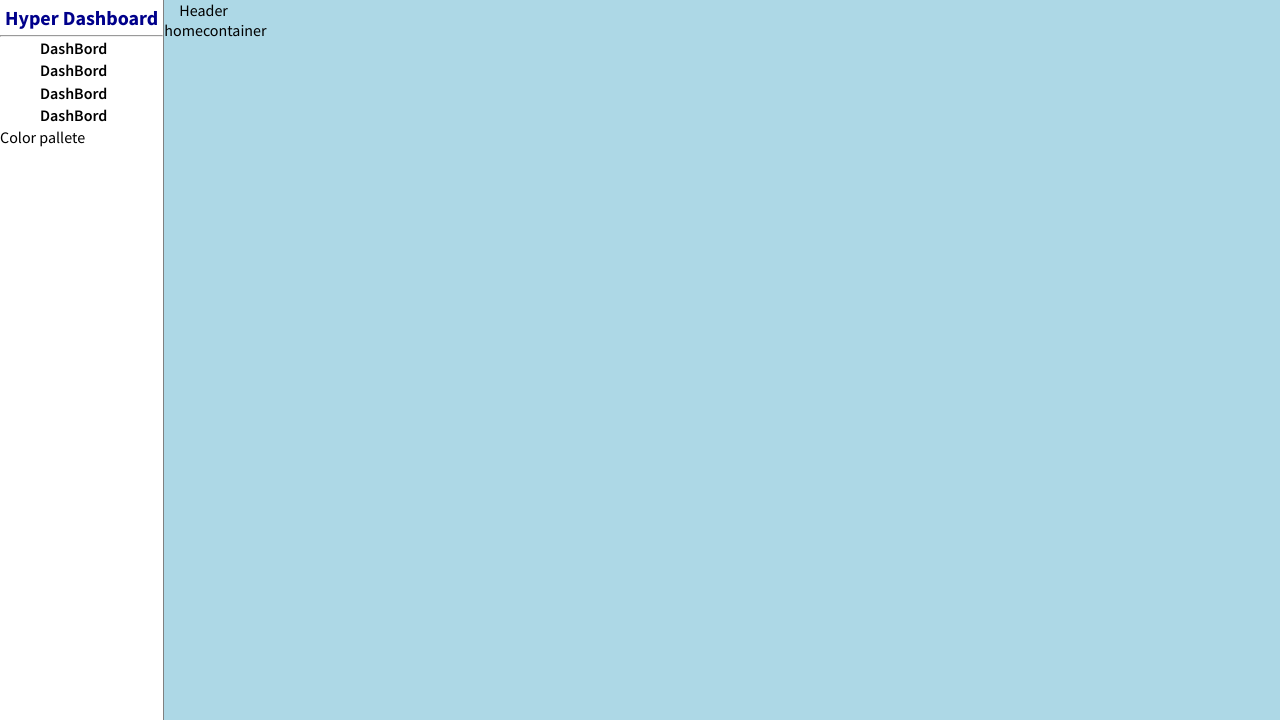
Repository: kenyi-mic/DashBoard
Page: /
An editor plug-in stored every save of this project. The page is shown before and after the next save, followed by the edit.
The browser window is 1280 px wide. The pictures show the whole page.
The project was rebuilt for these pictures with package versions that can differ from the ones it lists, and the page was loaded fresh each time.

Above is the page before, as saved 2022-05-16 21:07:00.

After the next save:
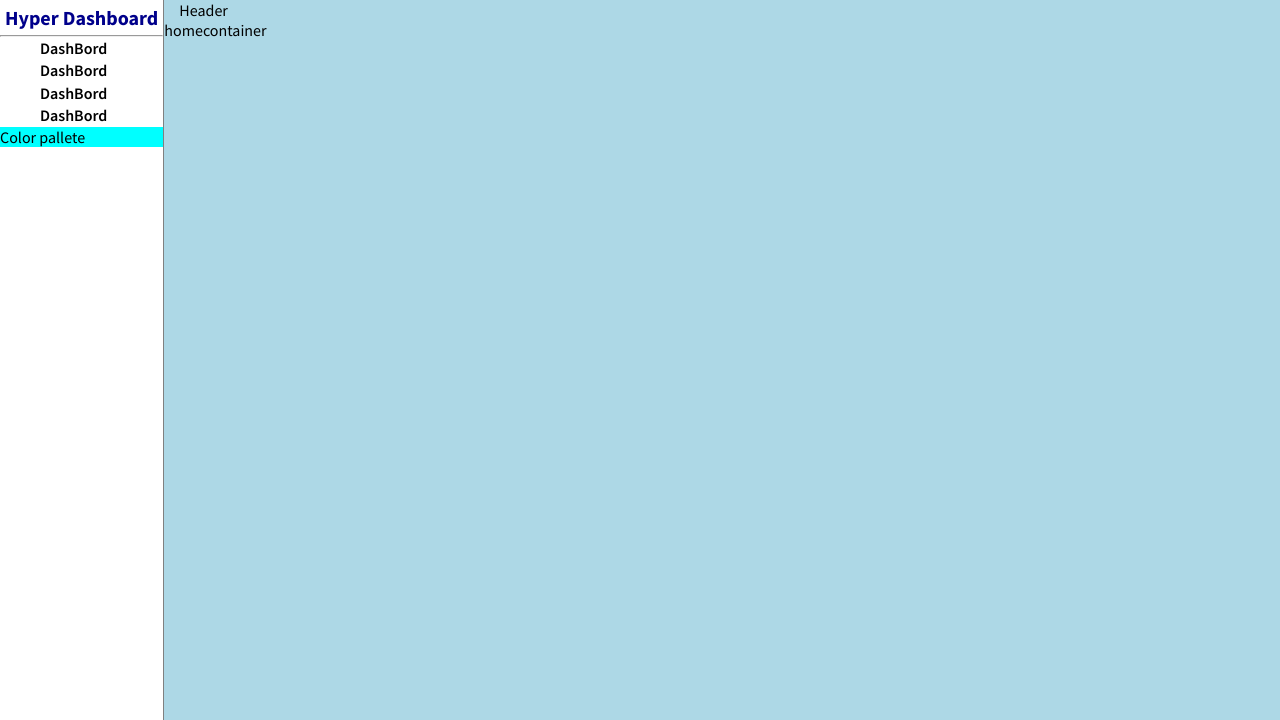
Saved 26 s later.
--- a/src/components/sidebar/sidebar.scss
+++ b/src/components/sidebar/sidebar.scss
@@ -33,7 +33,7 @@
 
     }
 
-    .botton{
+    .bottom{
         background-color:aqua;
     }
 }

After the save that followed:
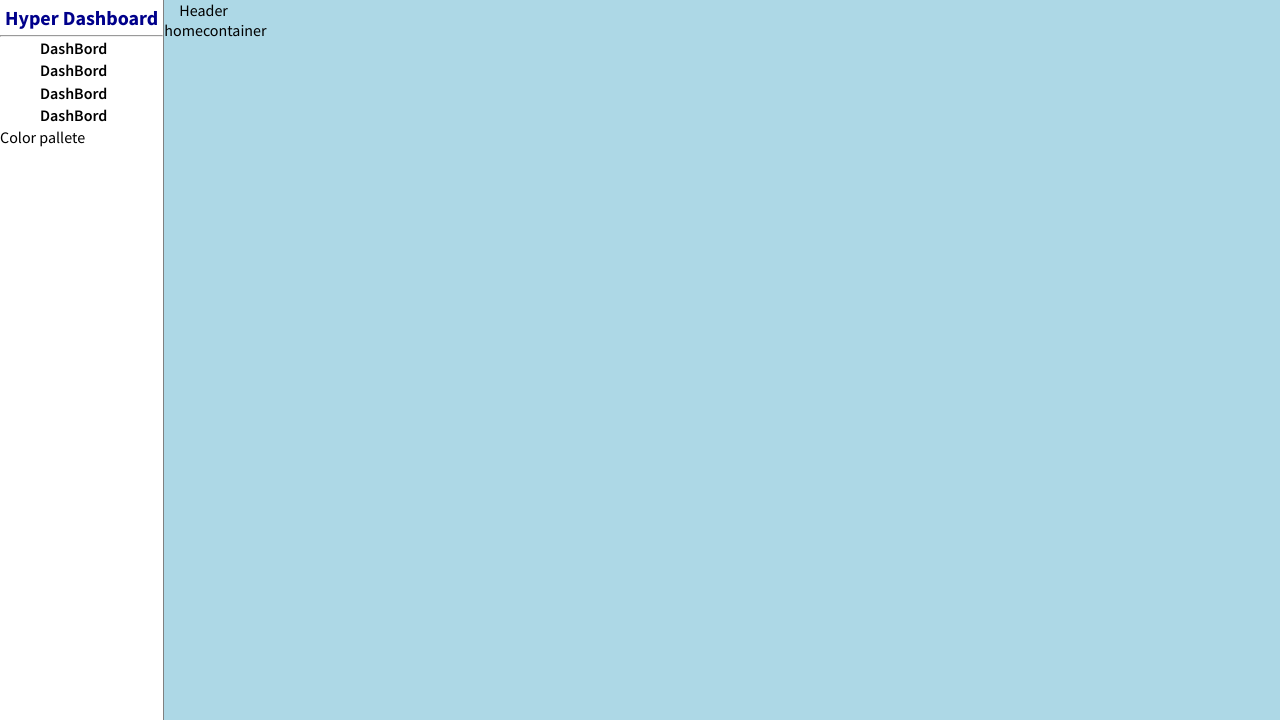
Saved 33 s later.
--- a/src/components/sidebar/sidebar.scss
+++ b/src/components/sidebar/sidebar.scss
@@ -34,6 +34,7 @@
     }
 
     .bottom{
-        background-color:aqua;
+        font-weight:500;
+
     }
 }
